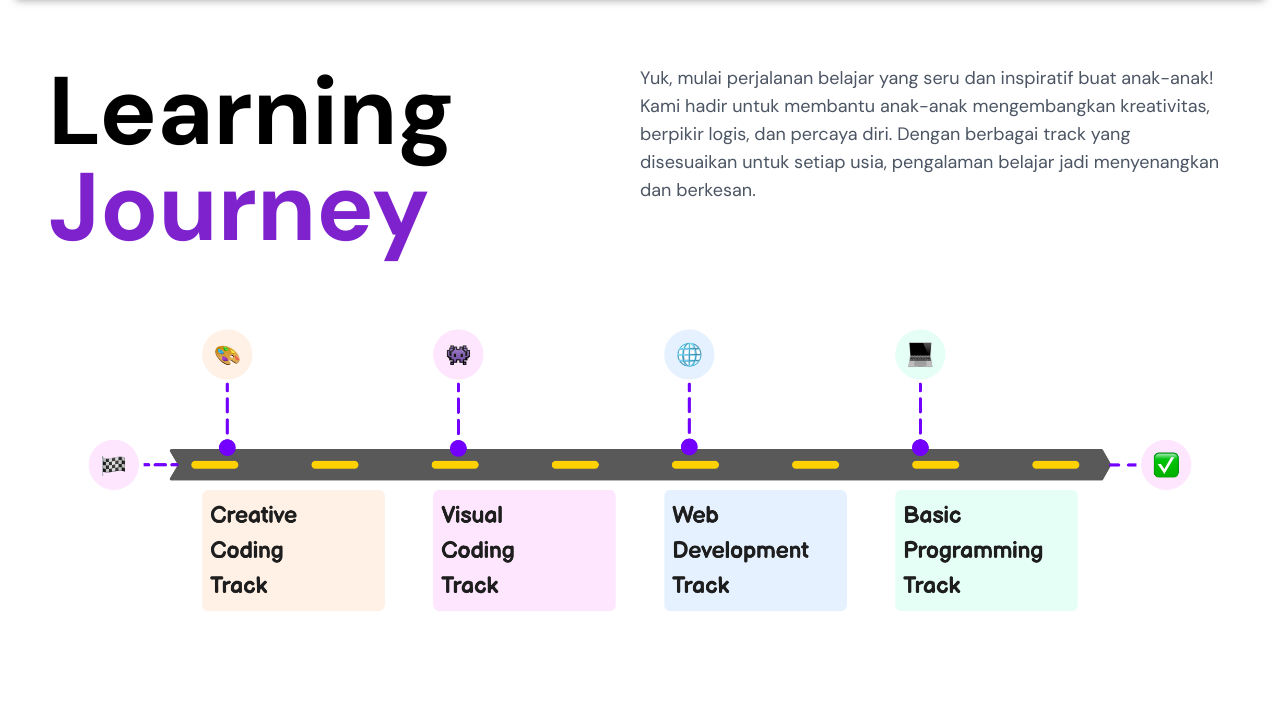
Repository: paskasiregar/ttccomweb
Page: /track/basic-programming
The author's editor kept a copy of each file at every save. The page is drawn from the files as they stood at one save, then again after the next save.
The browser window is 1280 px wide. The pictures show the part of the page from y = 1528 to 2243 px (the page is 2243 px tall).
The project was rebuilt for these pictures with package versions that can differ from the ones it lists, and the page was loaded fresh each time. The framework's server and built-in components were replaced by stand-ins that run in the browser. Also part of the build but not shown: next.config.js, next.config.mjs.

Above is the page before, as saved 2024-11-16 22:54:24.

After the next save:
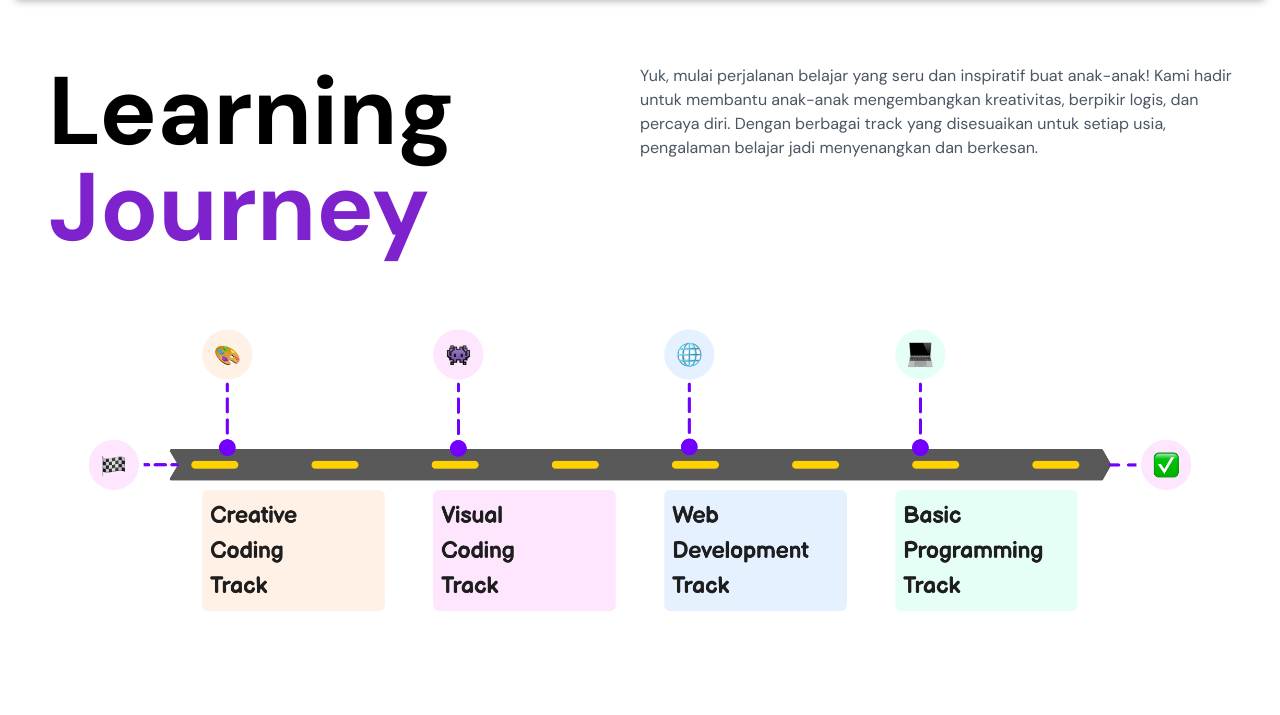
Saved 24 s later.
--- a/src/app/track/[track]/page.js
+++ b/src/app/track/[track]/page.js
@@ -79,7 +79,7 @@ export default function TrackPage() {
 
               {/* Description */}
               <div className="mt-6 md:mt-0 md:w-1/2 mb-8">
-                <p className="text-gray-600 text-base md:text-lg">
+                <p className="text-gray-600 text-base md:text-md">
                   Yuk, mulai perjalanan belajar yang seru dan inspiratif buat
                   anak-anak! Kami hadir untuk membantu anak-anak mengembangkan
                   kreativitas, berpikir logis, dan percaya diri. Dengan berbagai
